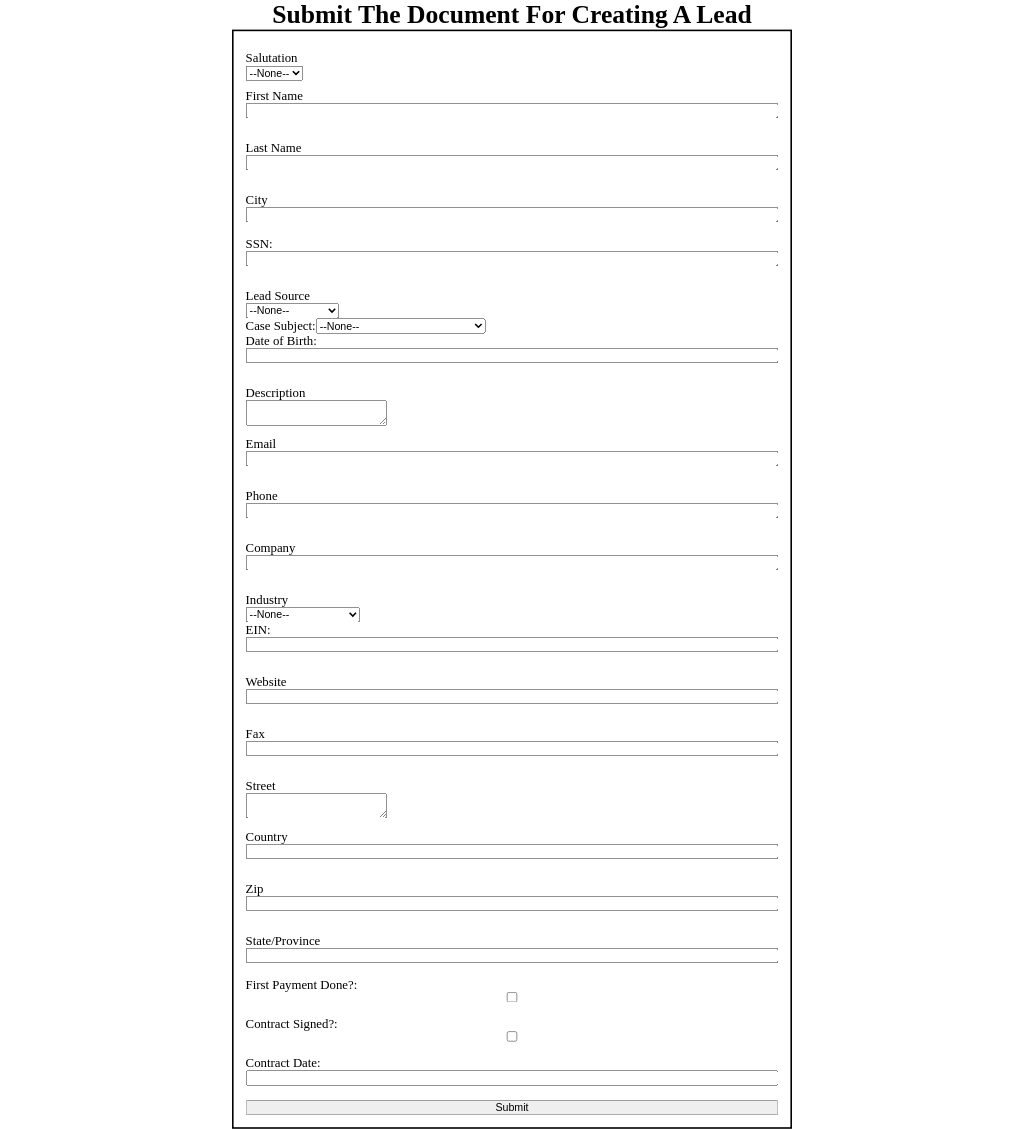
Repository: yaseminvural99/changeForce
Page: index.html
The author's editor kept a copy of each file at every save. The page is drawn from the files as they stood at one save, then again after the next save.
The browser window is 1280 px wide. The pictures show the whole page, at 80% of full size.

Above is the page before, as saved 2024-04-26 21:53:56.

After the next save:
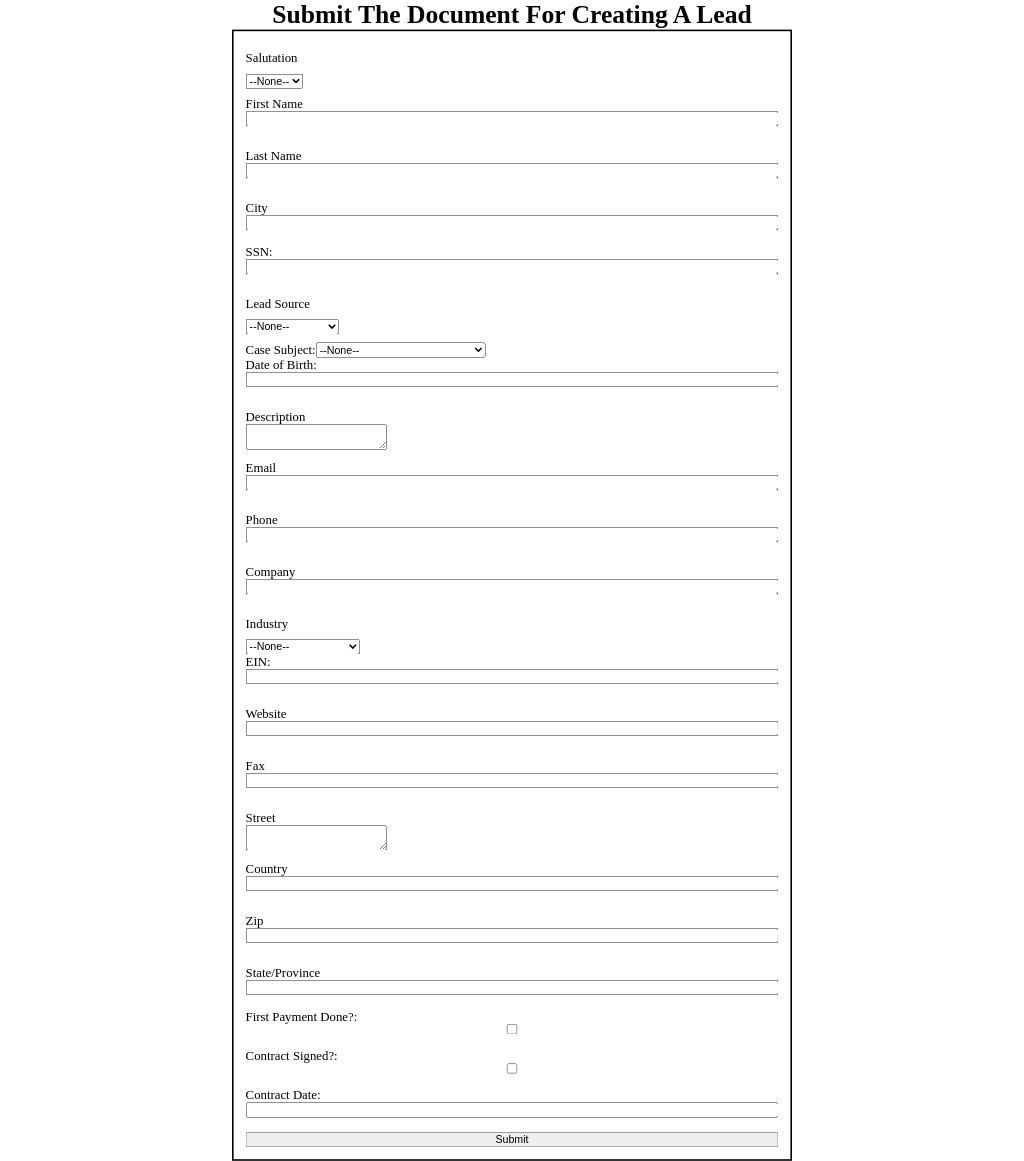
Saved 6 s later.
--- a/style.css
+++ b/style.css
@@ -25,5 +25,5 @@ form{
 }
 select{
     margin-top: 10px;
-    margin: 0 auto;
+
 }
